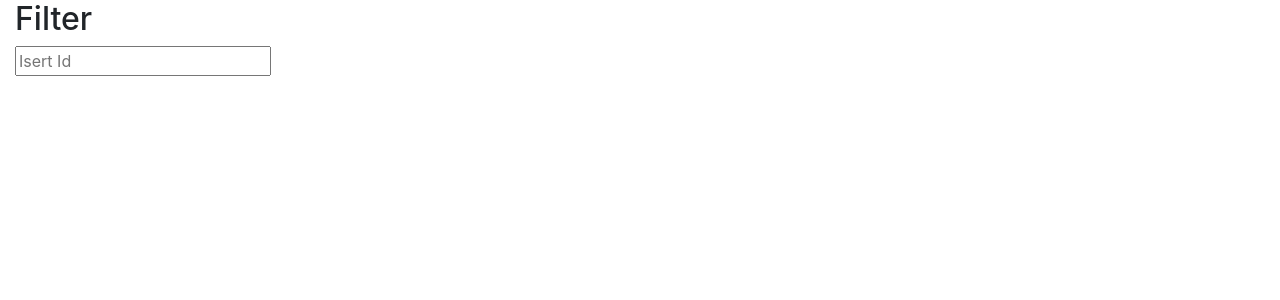
Repository: MuriloColleti/testjeff
Page: index.html
An editor plug-in stored every save of this project. The page is shown before and after a run of saves, followed by the edit.
The browser window is 1280 px wide. The pictures show the whole page.

Above is the page before, as saved 2025-09-01 09:51:06.
Console error: SyntaxError: Illegal return statement

After the next 2 saves:
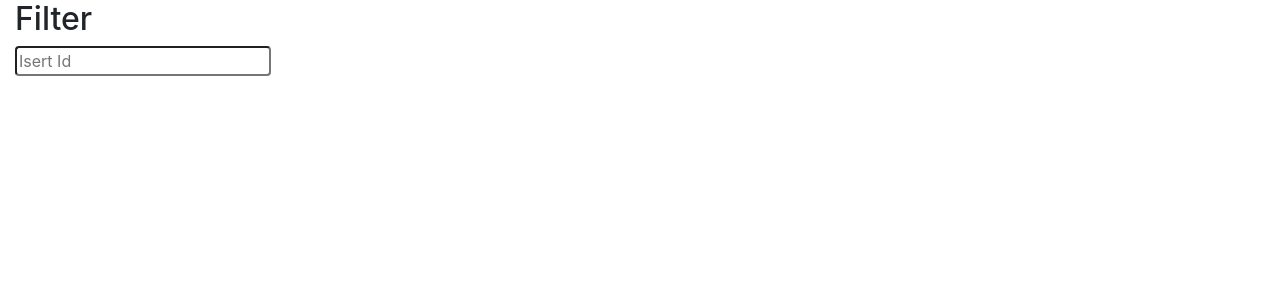
The 2 saves are shown as one change because they came seconds apart.
The last was saved 10 s later.
--- a/index.html
+++ b/index.html
@@ -12,7 +12,7 @@
 </div>
 
 <div class=" container-fluid">
-		<input type="text" id="inputId" class="b" placeholder="Isert Id"/>
+		<input type="text" id="inputId" class="rounded" placeholder="Isert Id"/>
 
 		<p id="result"></p>
 </div>
